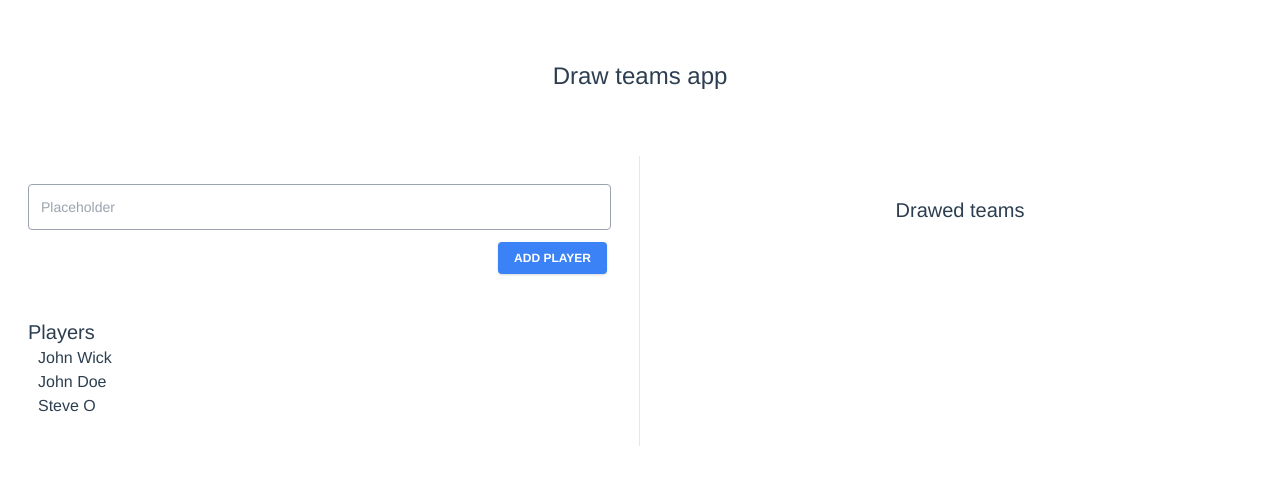
Repository: AlekJanevski/draw-teams-app
Page: /
An editor plug-in stored every save of this project. The page is shown before and after the next save, followed by the edit.
The browser window is 1280 px wide. The pictures show the whole page.
The project was rebuilt for these pictures with package versions that can differ from the ones it lists, and the page was loaded fresh each time.

Above is the page before, as saved 2021-03-18 21:22:02.

After the next save:
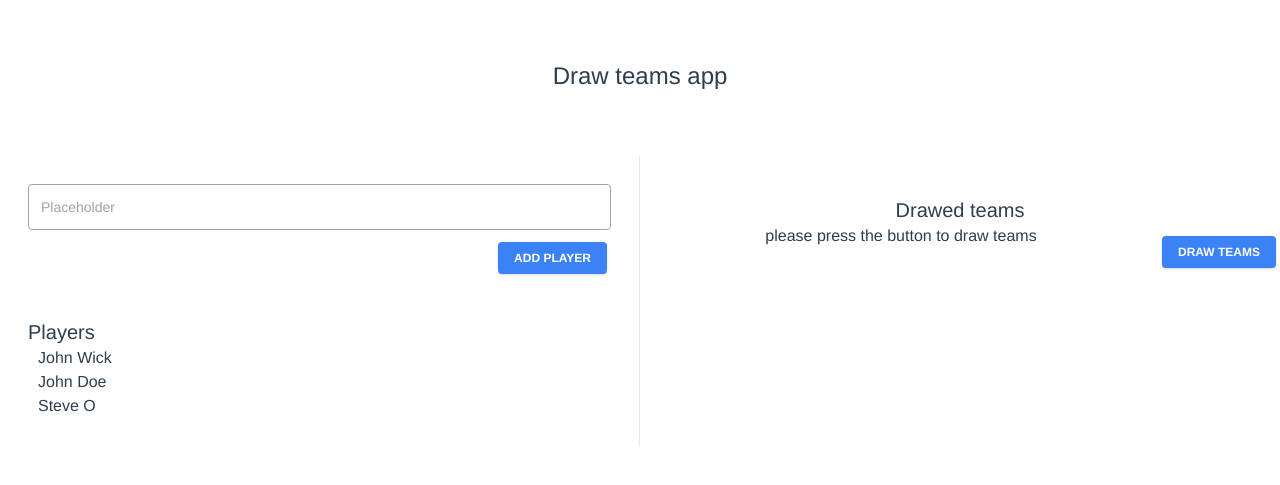
Saved 61 s later.
--- a/src/components/HelloWorld.vue
+++ b/src/components/HelloWorld.vue
@@ -35,6 +35,10 @@
 
     <div class="float-left w-1/2">
         <h3 class="block text-xl">Drawed teams</h3>
+        <span>please press the button to draw teams</span>
+        <button class="float-right px-4 py-2 mt-3 mb-1 mr-1 text-xs font-bold text-white uppercase bg-blue-500 rounded shadow outline-none active:bg-blue-600 hover:shadow-md focus:outline-none" type="submit" style="transition: all .15s ease">
+          Draw teams
+        </button>
     </div>
 
   </div>
